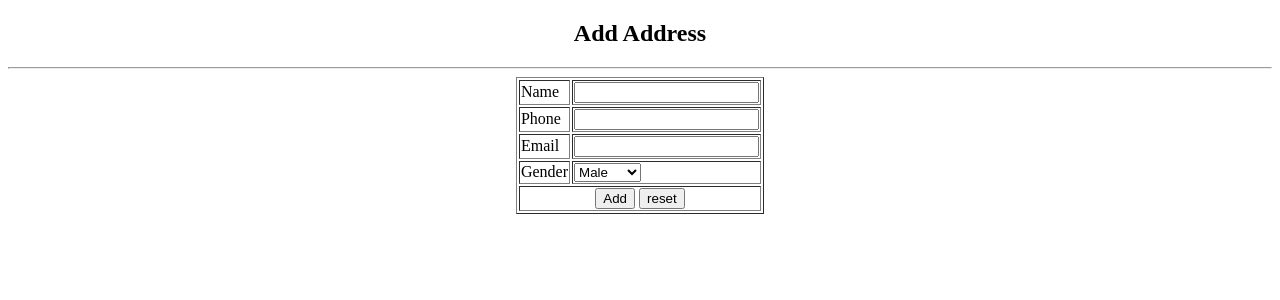
Repository: HyeonbinSa/JSPBook
Page: jspbook/WebContent/address/addr_form.html
An editor plug-in stored every save of this project. The page is shown before and after the next save, followed by the edit.
The browser window is 1280 px wide. The pictures show the whole page.

Above is the page before, as saved 2020-01-03 12:41:44.

After the next save:
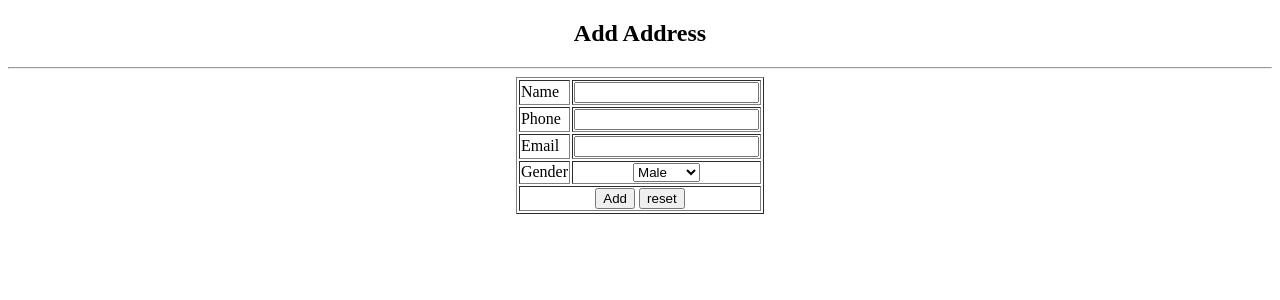
Saved 27 s later.
--- a/jspbook/WebContent/address/addr_form.html
+++ b/jspbook/WebContent/address/addr_form.html
@@ -24,7 +24,7 @@
 </tr>
 <tr>
 <td>Gender</td>
-<td>
+<td align="center">
 <select name="gender">
 <option selected>Male</option>
 <option>Female</option>
